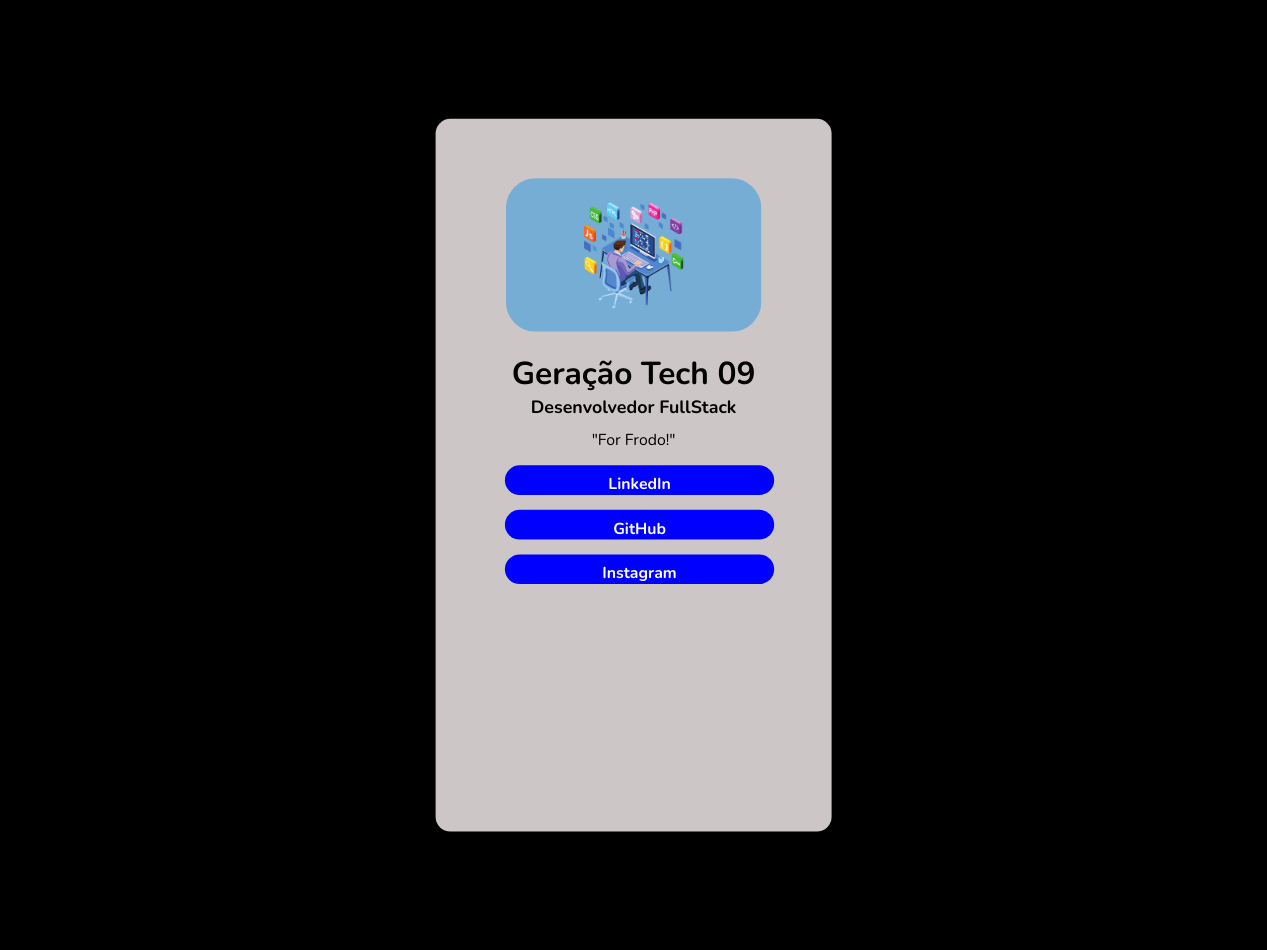
Repository: medeirosregis/linktree-gt09
Page: index.html
An editor plug-in stored every save of this project. The page is shown before and after a run of saves, followed by the edit.
The browser window is 1280 px wide. The pictures show the whole page, at 99% of full size.

Above is the page before, as saved 2025-04-11 10:11:24.

After the next 4 saves:
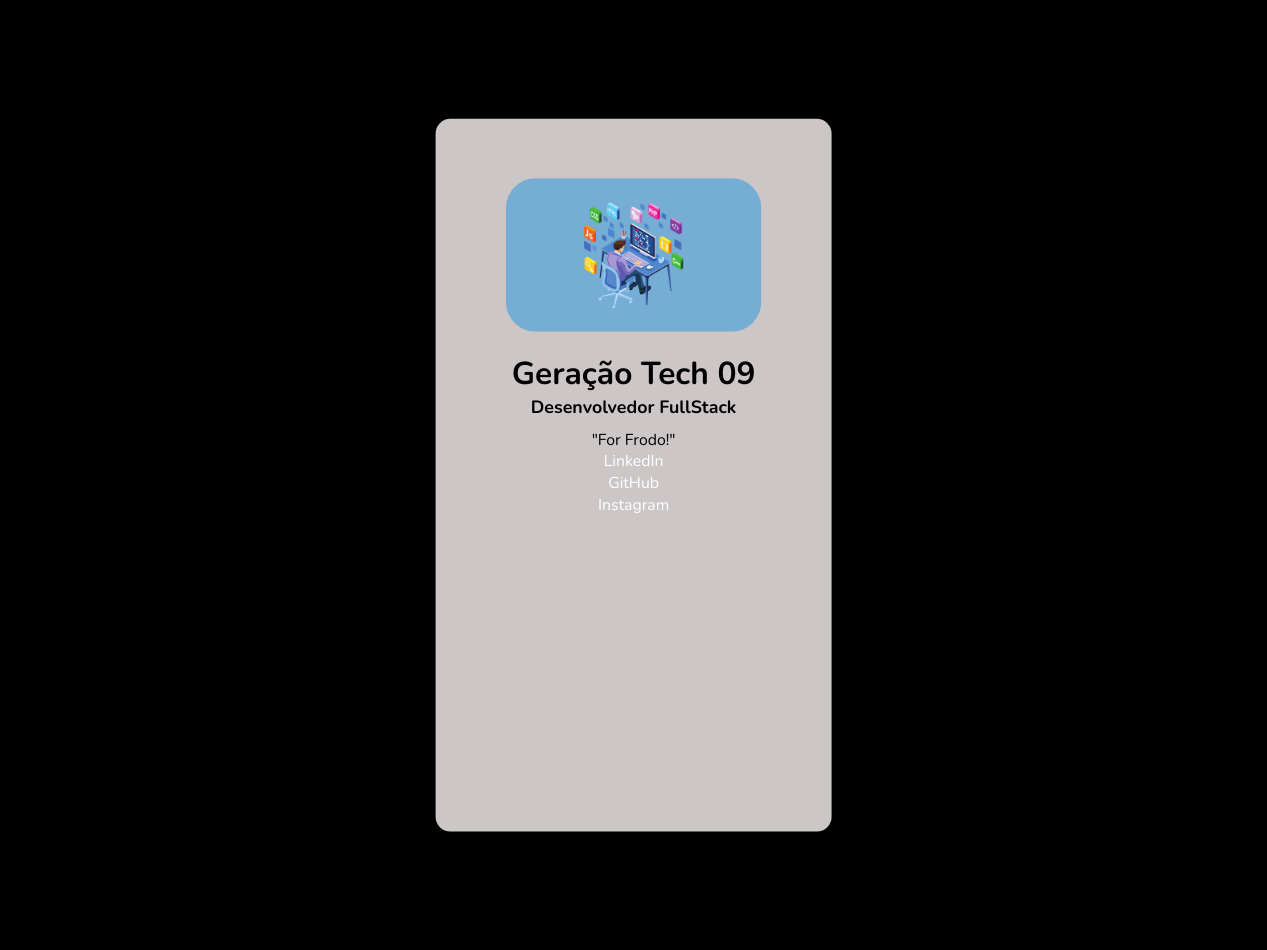
The 4 saves are shown as one change because they came seconds apart.
The last was saved 45 s later.
--- a/style.css
+++ b/style.css
@@ -47,6 +47,7 @@
     text-decoration: none;
     color: white;
 }
+.container-social
 .container-social li {
     width: 272px;
     height: 30px;
